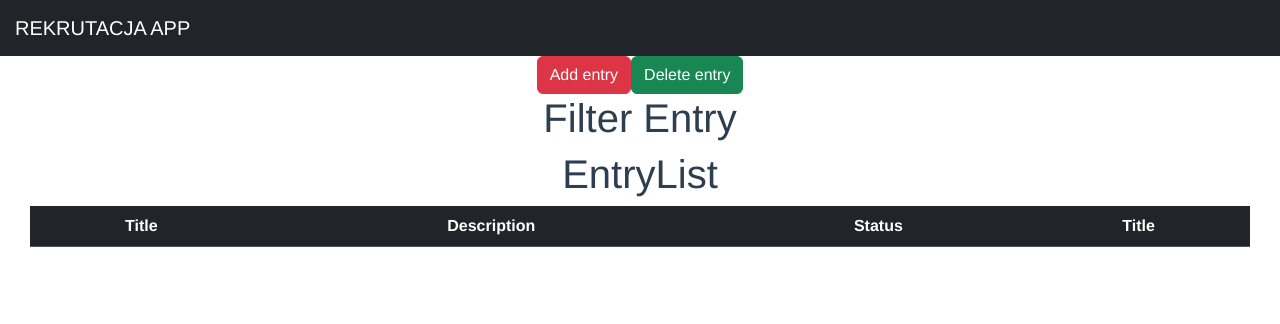
Repository: Madaless/vue_elastic
Page: / (app in vuejsapp/crudapp/)
These files come from the project's save history. The page is drawn as it stood at one moment and after the next save; the edit follows.
The browser window is 1280 px wide. The pictures show the whole page.
The page's requests for data from a server got no answer. The project was rebuilt for these pictures with package versions that can differ from the ones it lists, and the page was loaded fresh each time. No one was signed in, and anything a server would have sent is missing.

Above is the page before, as saved 2021-09-12 13:01:27.

After the next save:
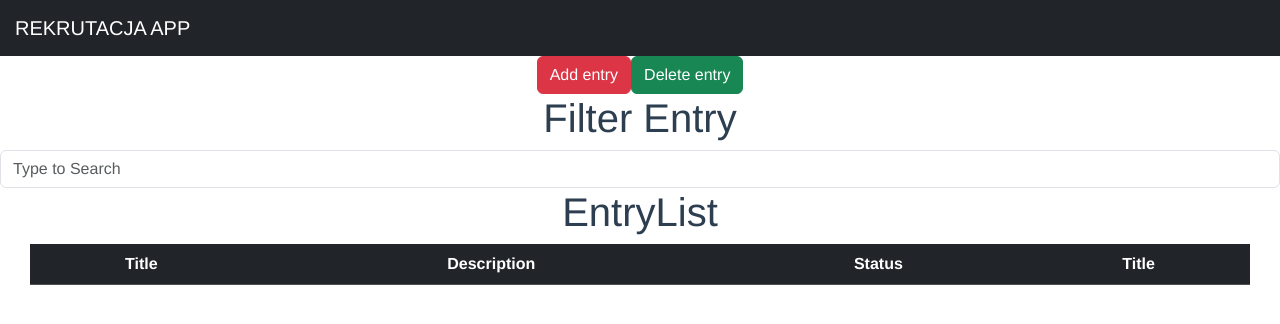
Saved 6 min 19 s later.
--- a/vuejsapp/crudapp/src/components/FilterEntry.vue
+++ b/vuejsapp/crudapp/src/components/FilterEntry.vue
@@ -1,18 +1,20 @@
 <template>
-    <div>
-        <h1>Filter Entry</h1>
-    </div>
+  <div>
+    <h1>Filter Entry</h1>
+    <b-form-input
+      id="filter-input"
+      v-model="filter"
+      type="search"
+      placeholder="Type to Search"
+    ></b-form-input>
+  </div>
 </template>
 
 <script>
-
-export default ({
-    setup() {
-
-    },
-})
+export default {
+  setup() {},
+};
 </script>
 
 <style scoped>
-
 </style>
